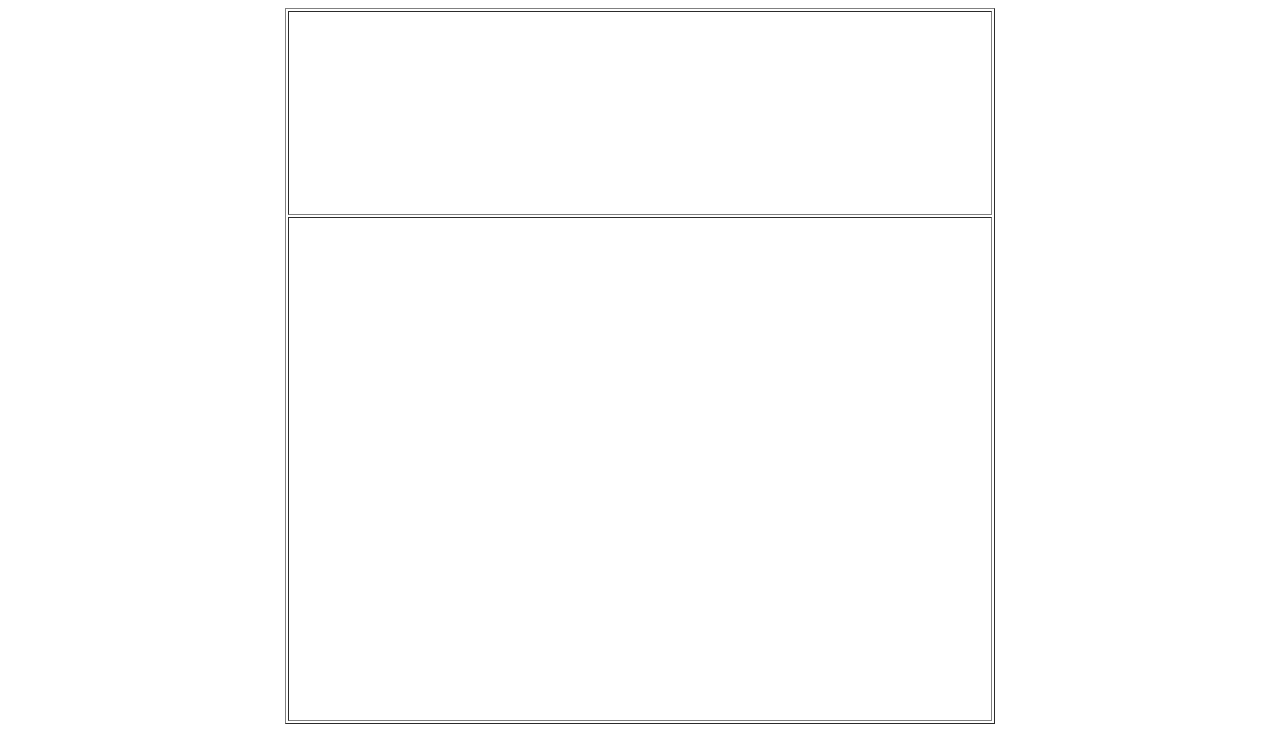
Repository: HmDol/Spring_study
Page: http://localhost/project1/Exweb.jsp
These files come from the project's save history. The page is drawn as it stood at one moment and after the next save; the edit follows.
The browser window is 1280 px wide. The pictures show the whole page.
The page is served by Tomcat 10.

Above is the page before, as saved 2023-09-06 05:58:45.

After the next save:
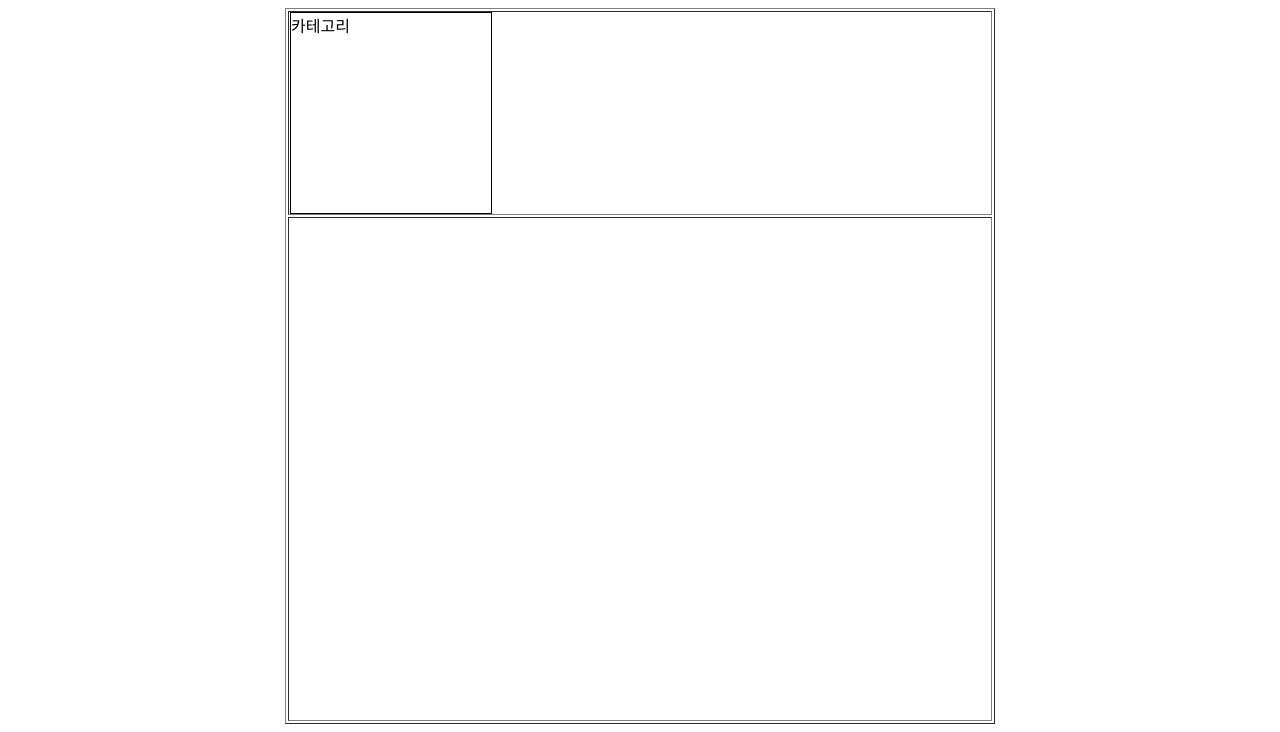
Saved 8 s later.
--- a/project1/src/main/webapp/Exweb.jsp
+++ b/project1/src/main/webapp/Exweb.jsp
@@ -29,6 +29,7 @@ const a = () => {
 <table border ="1">
 <tr>
 <td style ="width : 700px; height:200px">
+<div id="cate" style="width:200px; height: 100% ;border:1px solid black" onmouseover="a()">카테고리</div>
 </td>
 </tr>
 
